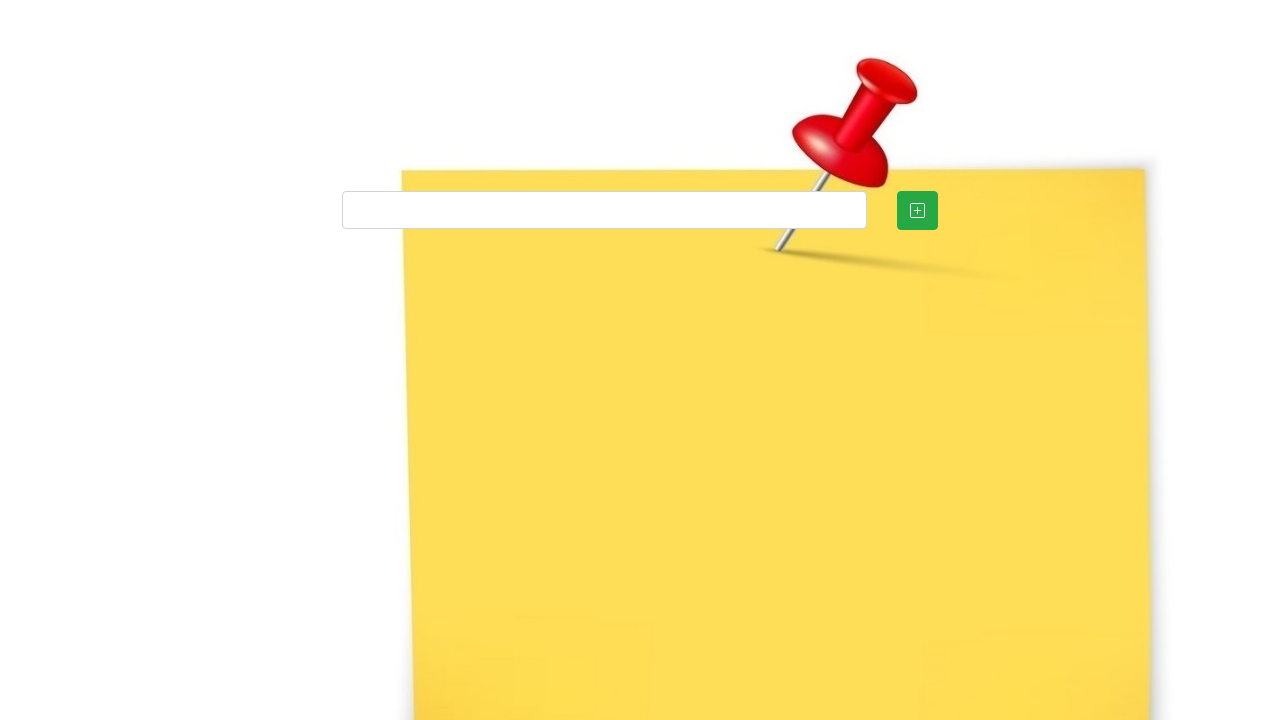
Repository: walaaElbasha/Todo-list-laravel
Page: http://localhost/tasks
The author's editor kept a copy of each file at every save. The page is drawn from the files as they stood at one save, then again after the next save.
The browser window is 1280 px wide. The pictures show the whole page.
The page is served by the project's Laravel application, run on PHP 8.4 with Laravel 8. Style sheets and scripts are compiled from the project's sources, by tool versions that may differ from the author's. Queries for data that is not in the repository find no rows.

Above is the page before, as saved 2021-07-01 18:19:05.

After the next save:
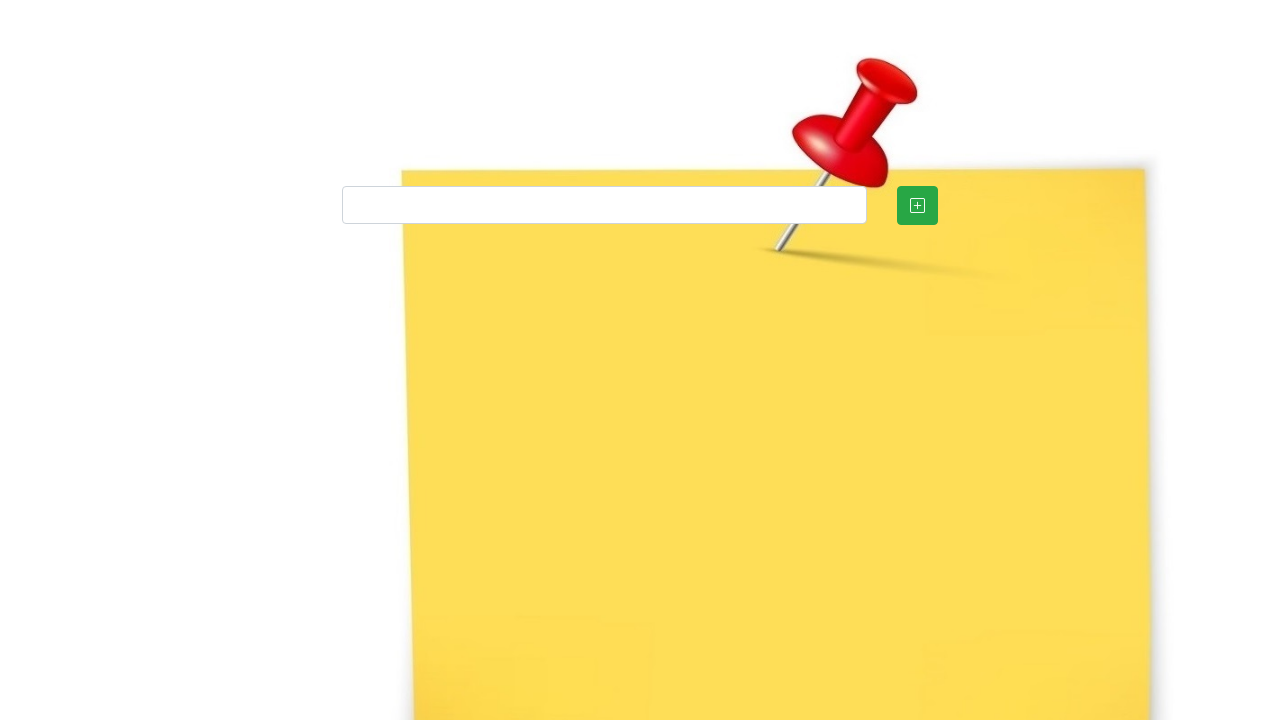
Saved 26 s later.
--- a/resources/views/tasks/index.blade.php
+++ b/resources/views/tasks/index.blade.php
@@ -4,7 +4,7 @@
 
 <!-- Bootstrap Boilerplate... -->
 
-<div style="height:5px">
+
 @if($errors->any())
 <div class="alert alert-danger w-25">
     <ul>
@@ -14,7 +14,7 @@
     </ul>
 </div>
 @endif
-</div>
+
 
 <body style="background-image: url('sticky.jpg')  ; background-repeat: no-repeat;
   background-size: 1400px 950px;">
